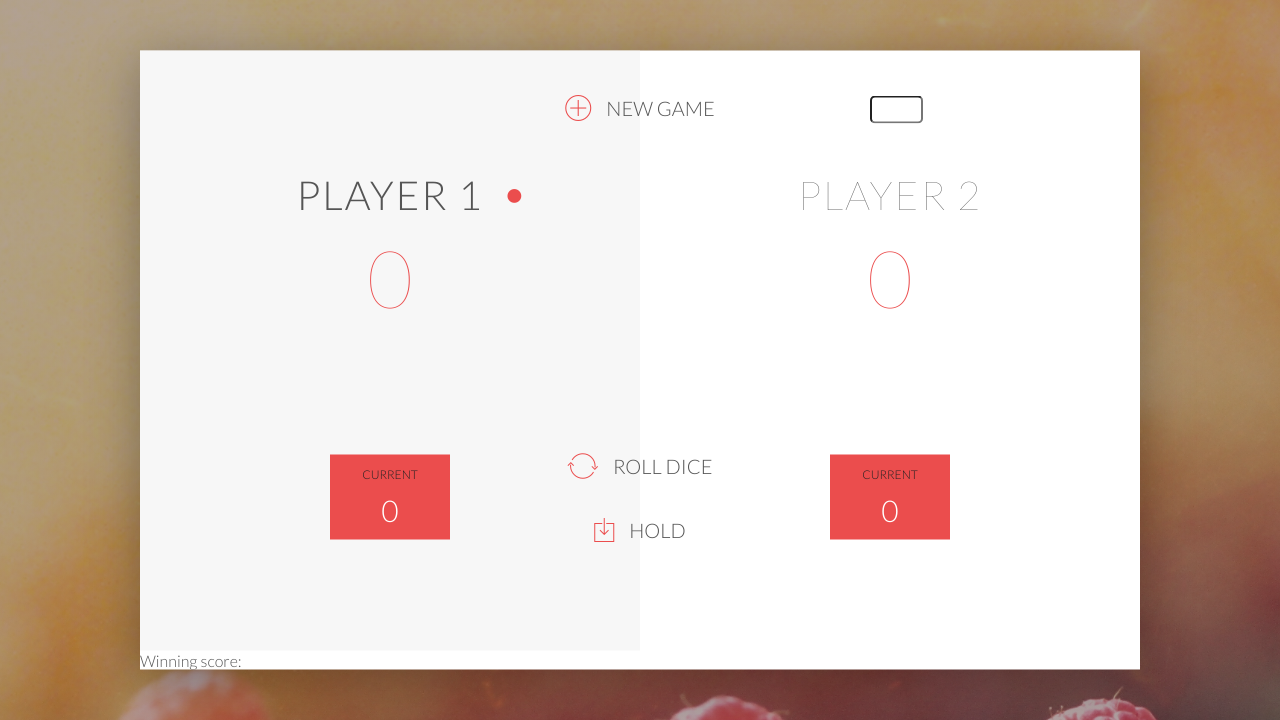
Repository: hexanek/hexanek.github.io
Page: pig-game/index.html
An editor plug-in stored every save of this project. The page is shown before and after the next save, followed by the edit.
The browser window is 1280 px wide. The pictures show the whole page.

Above is the page before, as saved 2019-12-19 23:34:09.

### pig-game/index.html
<!DOCTYPE html>
<html lang="en">
    <head>
        <meta charset="UTF-8">
        <link href="https://fonts.googleapis.com/css?family=Lato:100,300,600" rel="stylesheet" type="text/css">
        <link href="http://code.ionicframework.com/ionicons/2.0.1/css/ionicons.min.css" rel="stylesheet" type="text/css">
        <link type="text/css" rel="stylesheet" href="style.css">

        <title>Pig Game</title>
    </head>

    <body>
        <div class="wrapper clearfix">
            <div class="player-0-panel active">
                <div class="player-name" id="name-0">Player 1</div>
                <div class="player-score" id="score-0">43</div>
                <div class="player-current-box">
                    <div class="player-current-label">Current</div>
                    <div class="player-current-score" id="current-0">11</div>
                </div>
            </div>

            <div class="player-1-panel">
                <div class="player-name" id="name-1">Player 2</div>
                <div class="player-score" id="score-1">72</div>
                <div class="player-current-box">
                    <div class="player-current-label">Current</div>
                    <div class="player-current-score" id="current-1">0</div>
                </div>
            </div>

            <button class="btn-new"><i class="ion-ios-plus-outline"></i>New game</button>
            <button class="btn-roll"><i class="ion-ios-loop"></i>Roll dice</button>
            <button class="btn-hold"><i class="ion-ios-download-outline"></i>Hold</button>
            <!-- <button class="btn-save" form="formScore"><i class="ion-archive"></i>Save</button> -->
            <form action="#" class="form-score" id="formScore">
            Winning score: <input class="input-score" type="number" name="WinningScore" id="winScore">
            </form>
            <img src="dice-5.png" alt="Dice" class="dice">
            <img src="dice-5.png" alt="Dice2" class="dice2" id="dice2">

        </div>

        <script src="app.js"></script>
    </body>
</html>

### pig-game/style.css
/**********************************************
*** GENERAL
**********************************************/

* {
    margin: 0;
    padding: 0;
    box-sizing: border-box;

}

.clearfix::after {
    content: "";
    display: table;
    clear: both;
}

body {
    background-image: linear-gradient(rgba(62, 20, 20, 0.4), rgba(62, 20, 20, 0.4)), url(back.jpg);
    background-size: cover;
    background-position: center;
    font-family: Lato;
    font-weight: 300;
    position: relative;
    height: 100vh;
    color: #555;
}

.wrapper {
    width: 1000px;
    position: absolute;
    top: 50%;
    left: 50%;
    transform: translate(-50%, -50%);
    background-color: #fff;
    box-shadow: 0px 10px 50px rgba(0, 0, 0, 0.3);
    overflow: hidden;
}

.player-0-panel,
.player-1-panel {
    width: 50%;
    float: left;
    height: 600px;
    padding: 100px;
}



/**********************************************
*** PLAYERS
**********************************************/

.player-name {
    font-size: 40px;
    text-align: center;
    text-transform: uppercase;
    letter-spacing: 2px;
    font-weight: 100;
    margin-top: 20px;
    margin-bottom: 10px;
    position: relative;
}

.player-score {
    text-align: center;
    font-size: 80px;
    font-weight: 100;
    color: #EB4D4D;
    margin-bottom: 130px;
}

.active { background-color: #f7f7f7; }
.active .player-name { font-weight: 300; }

.active .player-name::after {
    content: "\2022";
    font-size: 47px;
    position: absolute;
    color: #EB4D4D;
    top: -7px;
    right: 10px;

}

.player-current-box {
    background-color: #EB4D4D;
    color: #fff;
    width: 40%;
    margin: 0 auto;
    padding: 12px;
    text-align: center;
}

.player-current-label {
    text-transform: uppercase;
    margin-bottom: 10px;
    font-size: 12px;
    color: #222;
}

.player-current-score {
    font-size: 30px;
}

button {
    position: absolute;
    width: 200px;
    left: 50%;
    transform: translateX(-50%);
    color: #555;
    background: none;
    border: none;
    font-family: Lato;
    font-size: 20px;
    text-transform: uppercase;
    cursor: pointer;
    font-weight: 300;
    transition: background-color 0.3s, color 0.3s;
}


button:hover { font-weight: 600; }
button:hover i { margin-right: 20px; }

button:focus {
    outline: none;
}

i {
    color: #EB4D4D;
    display: inline-block;
    margin-right: 15px;
    font-size: 32px;
    line-height: 1;
    vertical-align: text-top;
    margin-top: -4px;
    transition: margin 0.3s;
}

.btn-new { top: 45px;}
.btn-roll { top: 403px;}
.btn-hold { top: 467px;}
.btn-save {
    left: 90%;
    top: 45px;
}
/* .input-score {
     top: 83px;
     position: absolute;
    width: 53px;
    left: 50%;
    transform: translateX(-50%);
    color: #555;
    background: none;
    border-radius: 5px;
    font-family: Lato;
    font-size: 20px;
    text-transform: uppercase;
    cursor: default;
    font-weight: 300;
    transition: background-color 0.3s, color 0.3s;
    } */
.input:focus{
    border: 3px solid #555;
}
/* .form-score{
    top: 45px;
     position: absolute;
    width: 240px;
    left: 73%;
    transform: translateX(-50%);
    color: #555;
    background: none;
    border-radius: 5px;
    font-family: Lato;
    font-size: 20px;
    text-transform: uppercase;
    cursor: default;
    font-weight: 300;
    transition: background-color 0.3s, color 0.3s;
} */
.input-score {
    position: absolute;
    text-align: center;
    width: 53px;
    top: 45px;
    left: 73%;
    color: #555;
    background: none;
    border-radius: 5px;
    font-family: Lato;
    font-size: 20px;
    text-transform: uppercase;
    cursor: default;
    font-weight: 300;
    transition: background-color 0.3s, color 0.3s;
}

.dice {
    position: absolute;
    left: 55%;
    top: 178px;
    transform: translateX(-50%);
    height: 100px;
    box-shadow: 0px 10px 60px rgba(0, 0, 0, 0.10);
}
.dice2 {
    position: absolute;
    left: 45%;
    top: 178px;
    transform: translateX(-50%);
    height: 100px;
    box-shadow: 0px 10px 60px rgba(0, 0, 0, 0.10);
}

.winner { background-color: #f7f7f7; }
.winner .player-name { font-weight: 300; color: #EB4D4D; }

### pig-game/app.js

var scores, roundScore, activePlayer, gamePlaying, doubleSix, winScore, dice2;
    init();



document.querySelector('.btn-roll').addEventListener('click', function(){
    if(gamePlaying){
    var dice = Math.floor(Math.random() * 6) + 1;
    var dice2 = Math.floor(Math.random() * 6) + 1;


    var diceDom = document.querySelector('.dice');
    diceDom.style.display = 'block';
    diceDom.src = 'dice-' + dice + '.png';

    var dice2Dom = document.querySelector('.dice2');
    dice2Dom.style.display = 'block';
    dice2Dom.src = 'dice-' + dice2 + '.png';

    if (dice !== 1 && doubleSix !== dice && doubleSix !== dice2) {

        doubleSix = dice;
        roundScore += dice;
        roundScore += dice2;
        document.querySelector('#current-' + activePlayer).textContent = roundScore;

    } else {

        nextPlayer();
        doubleSix = 0;

    }


}


});




document.querySelector('.btn-hold').addEventListener('click', function(){
    if(gamePlaying){
    scores[activePlayer] += roundScore;
    document.querySelector('#score-' + activePlayer).textContent = scores[activePlayer];
    doubleSix = 0;


    if (scores[activePlayer] >= winScore) {
        document.getElementById('name-' + activePlayer).textContent = 'Winner!';
        document.querySelector('.player-'+activePlayer+ '-panel').classList.add('winner');
        document.querySelector('.player-'+activePlayer+ '-panel').classList.remove('active');
        document.querySelector('.dice').style.display = 'none';
        document.querySelector('.dice2').style.display = 'none';
        gamePlaying = false;


    } else {
        nextPlayer();

    }
}
});

document.querySelector('.btn-new').addEventListener('click',  init);


function nextPlayer(){
    activePlayer === 0 ? activePlayer = 1 : activePlayer = 0;
        roundScore = 0;
        document.getElementById('current-0').textContent = '0';
        document.getElementById('current-1').textContent = '0';

        document.querySelector('.player-0-panel').classList.toggle('active');
        document.querySelector('.player-1-panel').classList.toggle('active');

        document.querySelector('.dice').style.display = 'none';
        document.querySelector('.dice2').style.display = 'none';
}

function init(){
    scores = [0,0];
    roundScore = 0;
    activePlayer = 0;
    gamePlaying = true;

    document.querySelector('.dice').style.display = 'none';
    document.querySelector('.dice2').style.display = 'none';

    //document.querySelector('#current-'+ activePlayer).textContent = dice;
    document.getElementById('score-0').textContent = '0';
    document.getElementById('score-1').textContent = '0';
    document.getElementById('current-0').textContent = '0';
    document.getElementById('current-1').textContent = '0';
    document.getElementById('name-0').textContent = 'Player 1';
    document.getElementById('name-1').textContent = 'Player 2';
    document.querySelector('.player-0-panel').classList.remove('winner');
    document.querySelector('.player-1-panel').classList.remove('winner');
    document.querySelector('.player-0-panel').classList.remove('active');
    document.querySelector('.player-1-panel').classList.remove('active');
    document.querySelector('.player-0-panel').classList.add('active');
    winScore = document.getElementById('winScore').value;


}

After the next save:
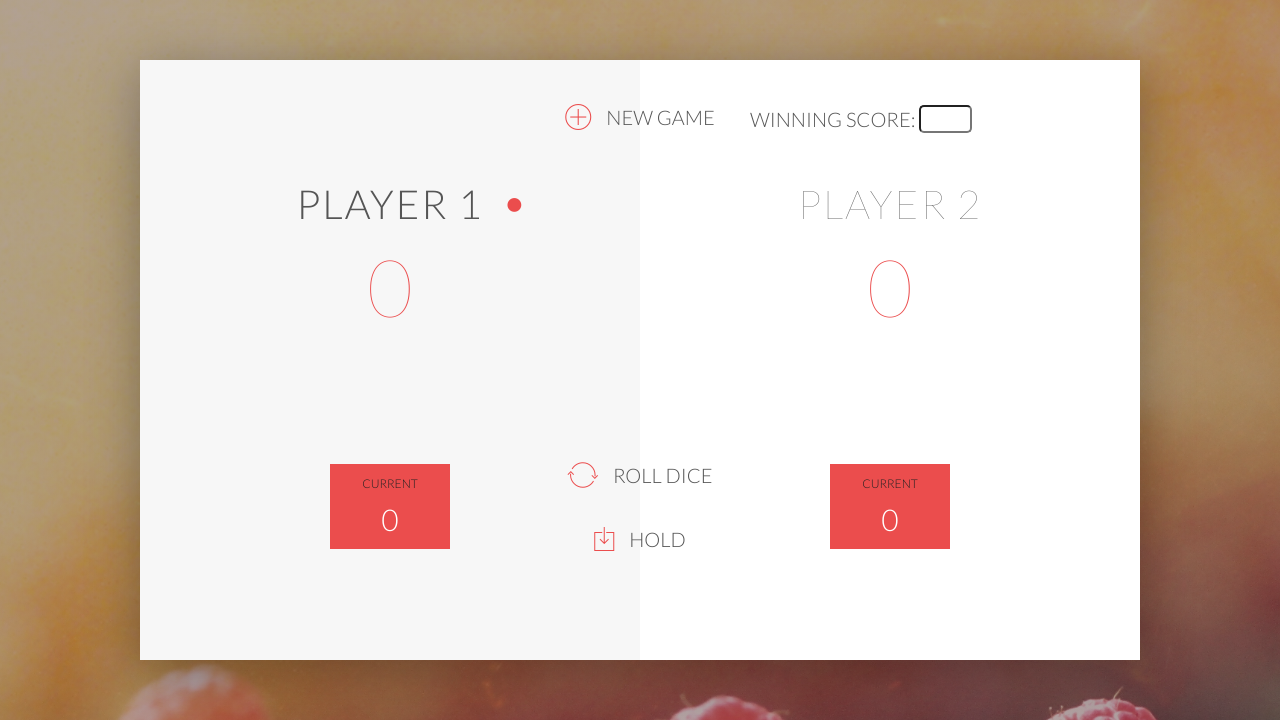
Saved 12 s later.
--- a/pig-game/style.css
+++ b/pig-game/style.css
@@ -164,7 +164,7 @@ i {
 .input:focus{
     border: 3px solid #555;
 }
-/* .form-score{
+.form-score{
     top: 45px;
      position: absolute;
     width: 240px;
@@ -179,13 +179,10 @@ i {
     cursor: default;
     font-weight: 300;
     transition: background-color 0.3s, color 0.3s;
-} */
-.input-score {
-    position: absolute;
+}
+.form-score input {
     text-align: center;
     width: 53px;
-    top: 45px;
-    left: 73%;
     color: #555;
     background: none;
     border-radius: 5px;
